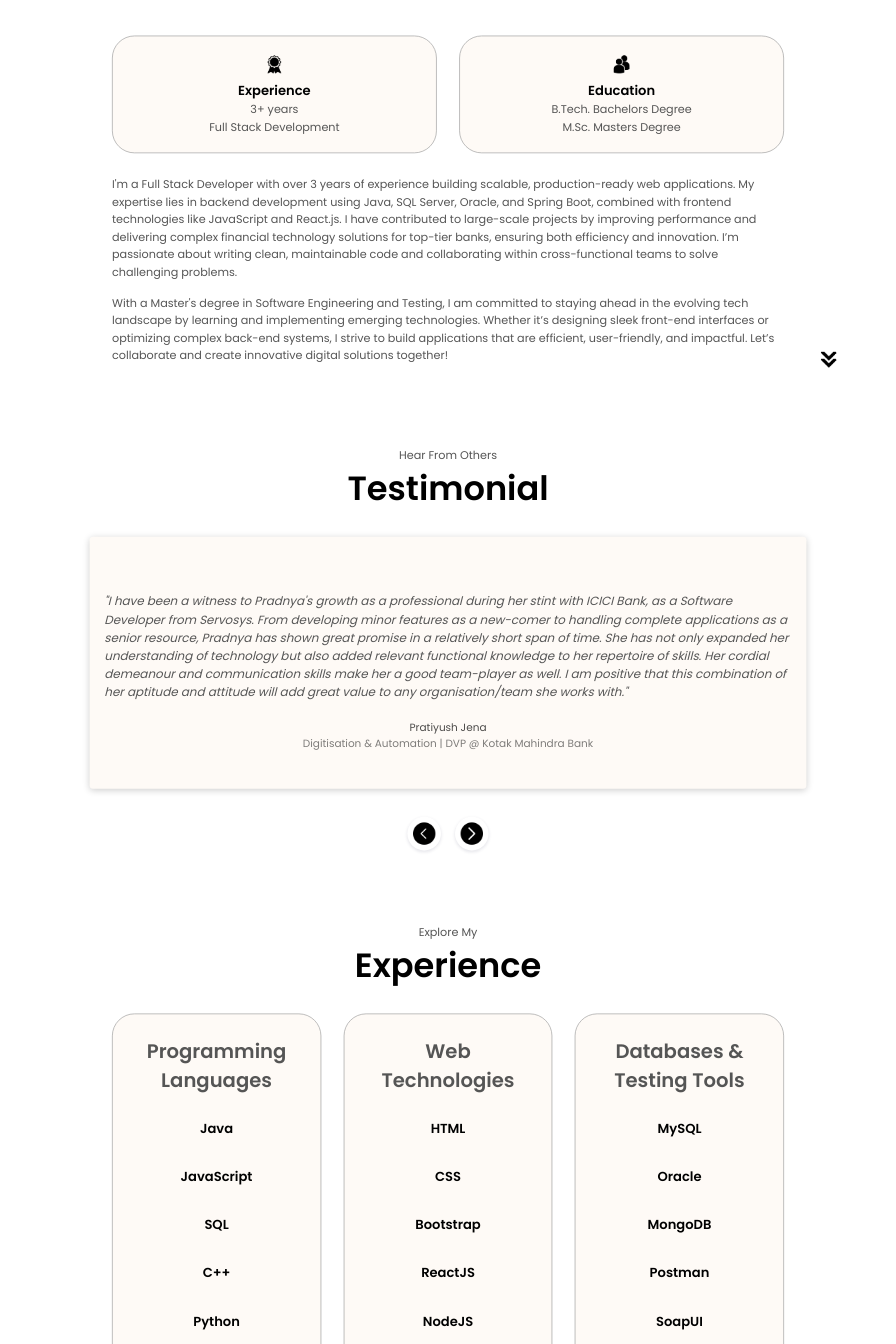
Repository: Pradnya-07/Portfolio-Pradnya
Page: index.html
An editor plug-in stored every save of this project. The page is shown before and after the next save, followed by the edit.
The browser window is 1280 px wide. The pictures show the part of the page from y = 937 to 2857 px (the page is 5307 px tall), at 70% of full size.

Above is the page before, as saved 2025-05-02 11:35:05.

After the next save:
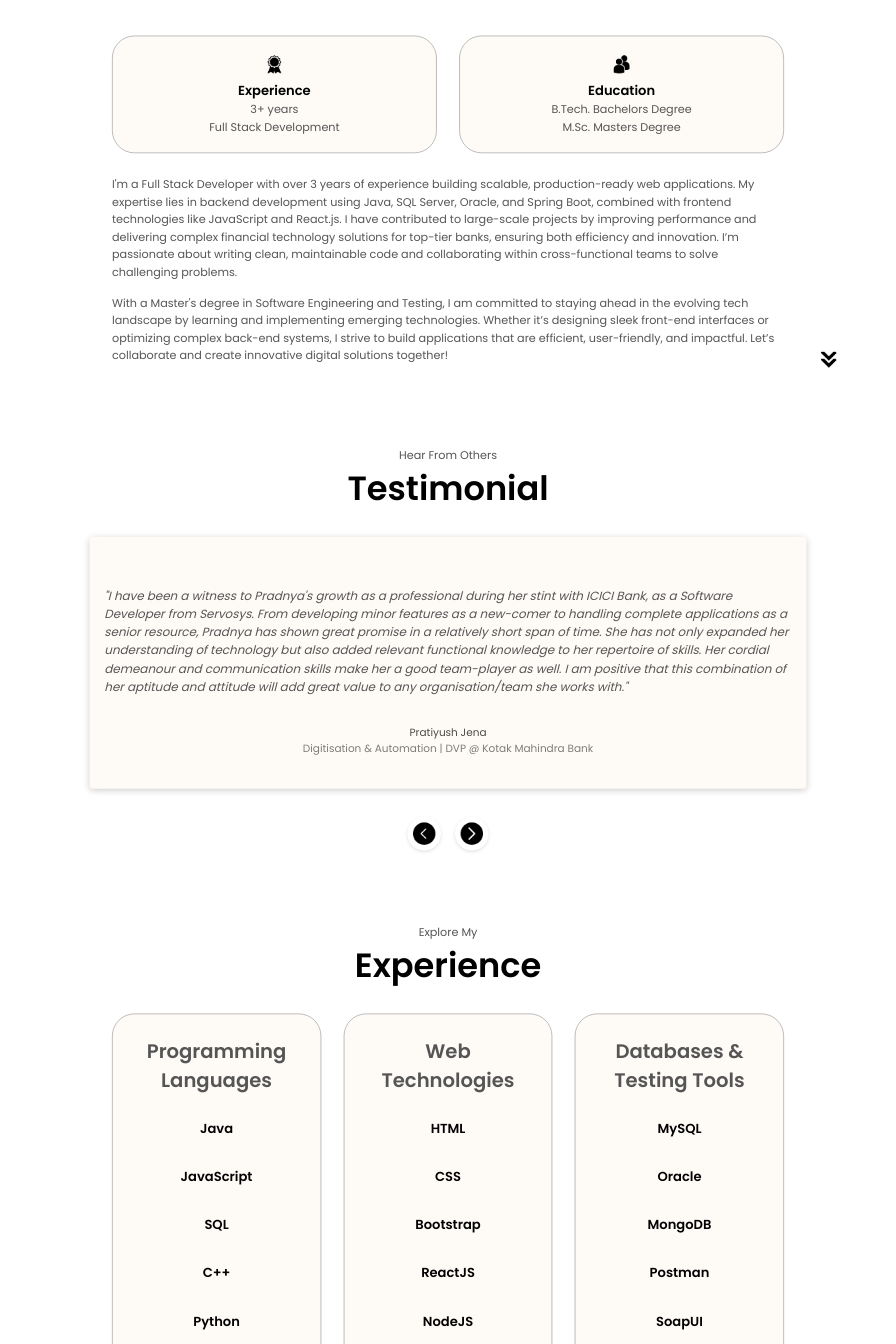
Saved 48 s later.
--- a/style.css
+++ b/style.css
@@ -513,7 +513,7 @@ p span {
 .numbertext {
   font-size: 15px;
   opacity: 0.7;
-  margin-top: 1.5rem;
+  margin-top: 2.5rem;
 }
 
 .destext {
